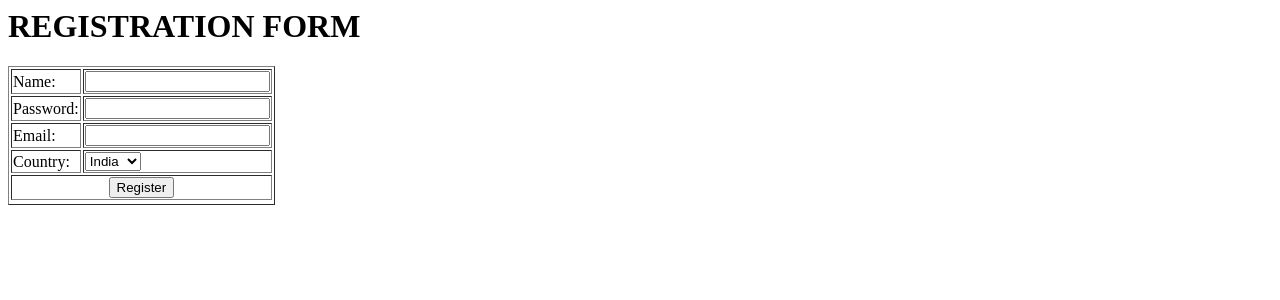
Repository: ErNitesh-d/java-program
Page: JAVA PROJECTS/New_Servl/WebContent/register.html
An editor plug-in stored every save of this project. The page is shown before and after the next save, followed by the edit.
The browser window is 1280 px wide. The pictures show the whole page.

Above is the page before, as saved 2022-09-30 16:06:56.

### JAVA PROJECTS/New_Servl/WebContent/register.html
<html>
<head>
<meta charset="ISO-8859-1">
<title> program </title>
</head>
<body>
<h1> REGISTRATION FORM </h1>
<form action="Register" method ="post" >
<table Border="1">
<tr>
 		<td> Name:</td>
 		<td><input type="text" name="name"/> </td>
</tr>
<tr>
 		<td> Password:</td>
 		<td> <input type="password" name="password"/> </td>
</tr>
<tr>
 		<td> Email:</td>
 		<td> <input type="email" name="email"/> </td>
</tr>
<tr>
<td>Country:</td>
<td>
		<select name="country">
		<option>India</option>
		<option>USA</option>
		<option>UK</option>
		 <option>Other</option>
 		</select>
 </td>
 </tr>
 <tr>
 	<td colspan="2"><center><input type="submit" value="Register"/></center></td>
 </tr>
 <tr>
 </tr>
 </table>
 </form>


</body>
</html>

After the next save:
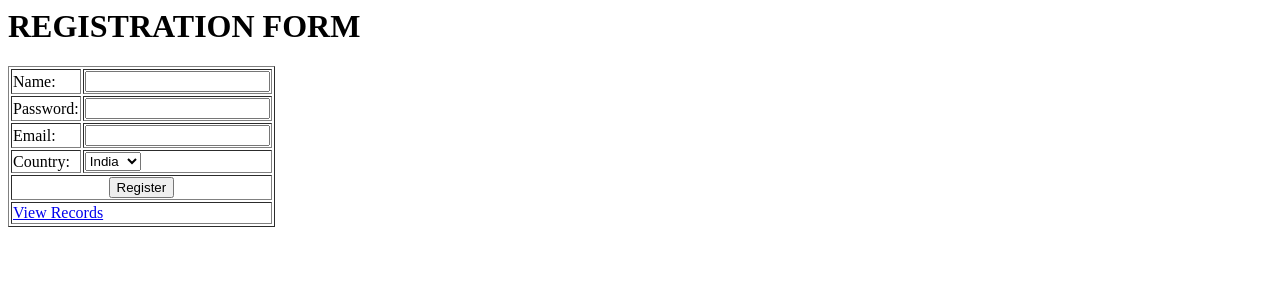
Saved 68 s later.
--- a/JAVA PROJECTS/New_Servl/WebContent/register.html
+++ b/JAVA PROJECTS/New_Servl/WebContent/register.html
@@ -34,6 +34,9 @@
  	<td colspan="2"><center><input type="submit" value="Register"/></center></td>
  </tr>
  <tr>
+ 	<td colspan="2">
+ 	<a href="View">View Records</a>
+ 	</td>
  </tr>
  </table>
  </form>
